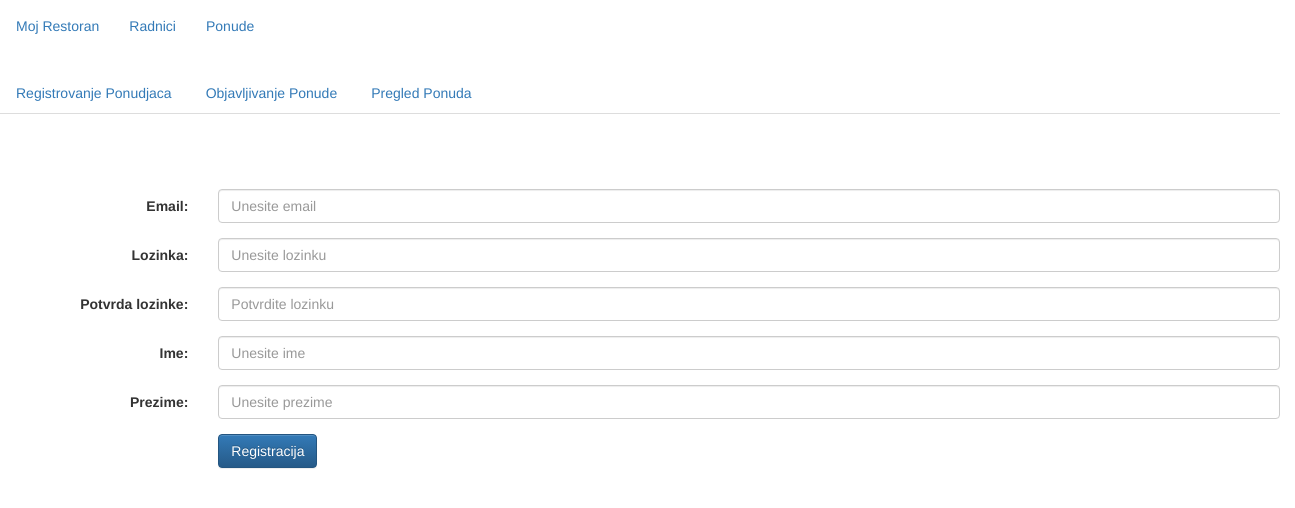
Repository: milanadam94/ISA-2016
Page: jpa-example/src/main/webapp/RestaurantManager/RestaurantManagerOfferers.html
An editor plug-in stored every save of this project. The page is shown before and after a run of saves, followed by the edit.
The browser window is 1280 px wide. The page is 1295 px wide, then 1280 px, so the pictures cover 1295 px, including what lies to the right of the window. The pictures show the whole page.
Some web libraries are served in a nearby version.

Above is the page before, as saved 2017-02-26 00:37:28.

### jpa-example/src/main/webapp/RestaurantManager/RestaurantManagerOfferers.html
<!DOCTYPE html>
<html>
<head>
<meta charset="ISO-8859-1">
<title>Menadzer Restorana</title>

<!-- JQUERY -->
<script src="https://code.jquery.com/jquery-3.1.1.js" integrity="sha256-16cdPddA6VdVInumRGo6IbivbERE8p7CQR3HzTBuELA=" crossorigin="anonymous"></script>

<!-- BOOTSTRAP CSS -->
<link rel="stylesheet" href="https://maxcdn.bootstrapcdn.com/bootstrap/3.3.7/css/bootstrap.min.css" integrity="sha384-BVYiiSIFeK1dGmJRAkycuHAHRg32OmUcww7on3RYdg4Va+PmSTsz/K68vbdEjh4u" crossorigin="anonymous">

<!-- BOOTSTRAP THEME -->
<link rel="stylesheet" href="https://maxcdn.bootstrapcdn.com/bootstrap/3.3.7/css/bootstrap-theme.min.css" integrity="sha384-rHyoN1iRsVXV4nD0JutlnGaslCJuC7uwjduW9SVrLvRYooPp2bWYgmgJQIXwl/Sp" crossorigin="anonymous">

<!-- BOOTSTRAP JS -->
<script src="https://maxcdn.bootstrapcdn.com/bootstrap/3.3.7/js/bootstrap.min.js" integrity="sha384-Tc5IQib027qvyjSMfHjOMaLkfuWVxZxUPnCJA7l2mCWNIpG9mGCD8wGNIcPD7Txa" crossorigin="anonymous"></script>

<!-- ANGULAR JS -->
<script src="https://ajax.googleapis.com/ajax/libs/angularjs/1.6.1/angular.js"></script>

<script src="/JQuery-cookie-plugin/jquery.cookie.js"></script>

<!-- TOASTR -->
<!-- <script src="https://cdnjs.cloudflare.com/ajax/libs/toastr.js/latest/css/toastr.css"></script> -->


</head>
<body ng-app="restManager" ng-controller="restManagerOfferersController">
	<nav id="myNavbar" class="navbar">
		<ul class="nav navbar-nav">
			<li><a href="RestaurantManager.html">Moj Restoran</a></li>
			<li><a href="#" ng-click="">Radnici</a></li>
			<li><a href="RestaurantManagerOfferers.html">Ponude</a></li>
		</ul>
	</nav>
	<div>
		<div class="form-group">
			<ul class="nav nav-tabs">
				<li><a ng-click="registracija()">Registrovanje Ponudjaca</a>
				<li><a ng-click="objavljivanje()">Objavljivanje Ponude</a>
				<li><a ng-click="pregled()">Pregled Ponuda</a>
			</ul>
		</div>


		<!--  REGISTRACIJA  -->
		<!--  ====================================================== -->
		<div ng-show="registrovanjeShow">
			<br/><br/><br/>
			<form class="form-horizontal">
  			<div class="form-group">
    			<label class="control-label col-sm-2" for="email">Email:</label>
    			<div class="col-sm-10">
      				<input type="email" class="form-control" id="email" ng-model="newOfferer.email" placeholder="Unesite email">
    			</div>
  			</div>
  			<div class="form-group">
    			<label class="control-label col-sm-2" for="pwd">Lozinka:</label>
    			<div class="col-sm-10">
      				<input type="password" class="form-control" id="pwd" ng-model="newOfferer.password" placeholder="Unesite lozinku">
    			</div>
  			</div>
  			<div class="form-group">
    			<label class="control-label col-sm-2" for="pwd2">Potvrda lozinke:</label>
    			<div class="col-sm-10">
      				<input type="password" class="form-control" id="pwd2" ng-model="passwordConfirm" placeholder="Potvrdite lozinku">
    			</div>
  			</div>
  			<div class="form-group">
    			<label class="control-label col-sm-2" for="ime">Ime:</label>
    			<div class="col-sm-10">
      				<input type="text" class="form-control" id="ime" ng-model="newOfferer.name" placeholder="Unesite ime">
    			</div>
  			</div>
  			<div class="form-group">
    			<label class="control-label col-sm-2" for="prezime">Prezime:</label>
    			<div class="col-sm-10">
      				<input type="text" class="form-control" id="prezime" ng-model="newOfferer.lastName" placeholder="Unesite prezime">
    			</div>
  			</div>
  			<div class="form-group text-danger" ng-if="error">{{ errorMessage }}</div>
  			<div class="form-group">
    			<div class="col-sm-offset-2 col-sm-10">
      				<button type="submit" class="btn btn-primary" ng-click="registerOfferer()">Registracija</button>
    			</div>
  			</div>
  			</form>

		</div>





		<div ng-show="objavljivanjeShow" >

		</div>
		<div  ng-show="pregledShow">

		</div>


	</div>

</body>


<!-- ANGULAR SCRIPT -->
<script src="RestaurantManagerOfferers.js"></script>


</html>

### jpa-example/src/main/webapp/RestaurantManager/RestaurantManagerOfferers.js
angular.element(document).ready(function () {
    console.log('page loading completed');
});
var restManager = angular.module('restManager', []).config(['$qProvider', '$httpProvider', function ($qProvider, $httpProvider)  {
    $qProvider.errorOnUnhandledRejections(false);

}]).run(['$rootScope', '$http', '$window', function ($rootScope, $http, $window) {

	//namestiti dole u funckcijama gde treba user.email kada se ovo namesti!
	if (typeof $.cookie('user') !== 'undefined') {
		$scope.user = JSON.parse($.cookie('user'));

		if(user.userType == "GUEST") {
			$window.location.href = "/GuestPage/GuestPage.html";
		}
		// DALJE
	}

}]);




restManager.controller('restManagerOfferersController', 'registarService', [ '$scope', function($scope, registarService){

	setShows = function(registrovanjeShow, objavljivanjeShow, pregledShow){
		$scope.registrovanjeShow = registrovanjeShow;
		$scope.objavljivanjeShow = objavljivanjeShow;
		$scope.pregledShow = pregledShow;
	}
	setShows(false,false,false);

	$scope.error = false;
	$scope.errorMessage = "";


	$scope.registracija = function(){
		setShows(true,false,false);
	}

	$scope.objavljivanje = function(){
		setShows(false,true,false);
	}

	$scope.pregled = function(){
		setShows(false,false,true);
	}


	$scope.newOfferer= {
			email : "",
			password : "",
			name : "",
			lastName : "",
			userType : "OFFERER"
	}
	$scope.passwordConfirm = "";


	$scope.registerOfferer = function(){

		if($scope.newOfferer.email == "" ||
				$scope.newOfferer.pasword == "" ||
				$scope.newOfferer.name == "" ||
				$scope.newOfferer.lastName == "" ||
				$scope.newOfferer.password != $scope.passwordConfirm){

			$scope.error = true;
			$scope.errorMessage = "Neispravan unos!";
			return;
		}

		registarService.registarOfferer($scope.newOfferer);


	}






}]);



restManager.service('registarService',['$window', '$http', function($window, $http){

	this.registarOfferer = function(newOfferer){
		alert("NESTO");

	}


}]);

Loaded but not shown: jpa-example/src/main/webapp/JQuery-cookie-plugin/jquery.cookie.js (library)

After the next 3 saves:
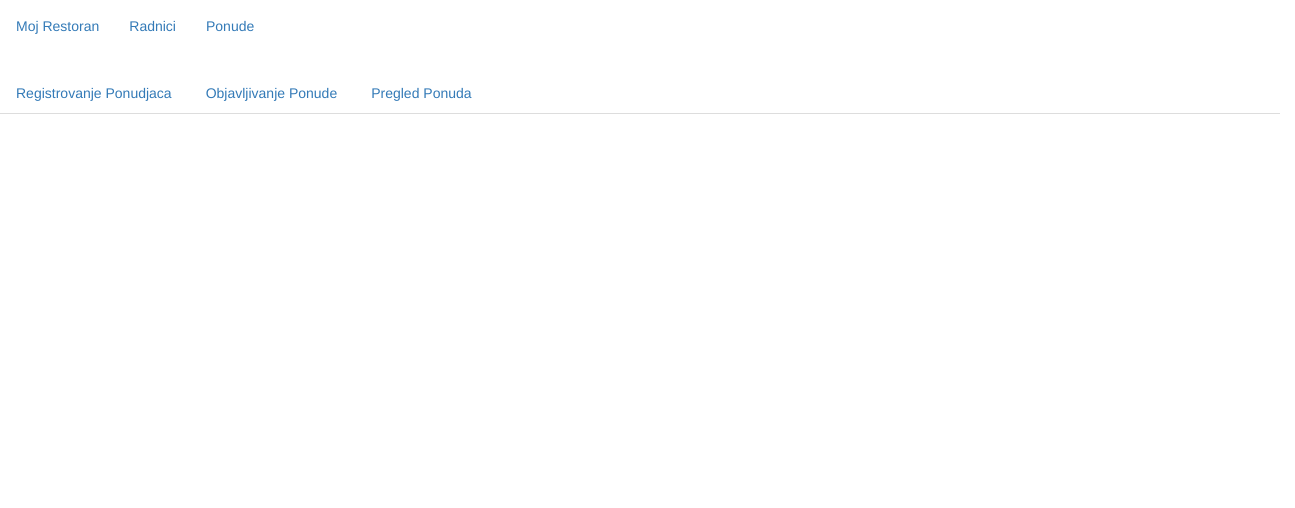
The 3 saves are shown as one change because they came seconds apart.
The last was saved 37 s later.
--- a/jpa-example/src/main/webapp/RestaurantManager/RestaurantManagerOfferers.js
+++ b/jpa-example/src/main/webapp/RestaurantManager/RestaurantManagerOfferers.js
@@ -21,7 +21,7 @@ var restManager = angular.module('restManager', []).config(['$qProvider', '$http
 
 
 
-restManager.controller('restManagerOfferersController', 'registarService', [ '$scope', function($scope, registarService){
+restManager.controller('restManagerOfferersController', [ '$scope', 'registarService', function($scope, registarService){
 
 	setShows = function(registrovanjeShow, objavljivanjeShow, pregledShow){
 		$scope.registrovanjeShow = registrovanjeShow;
